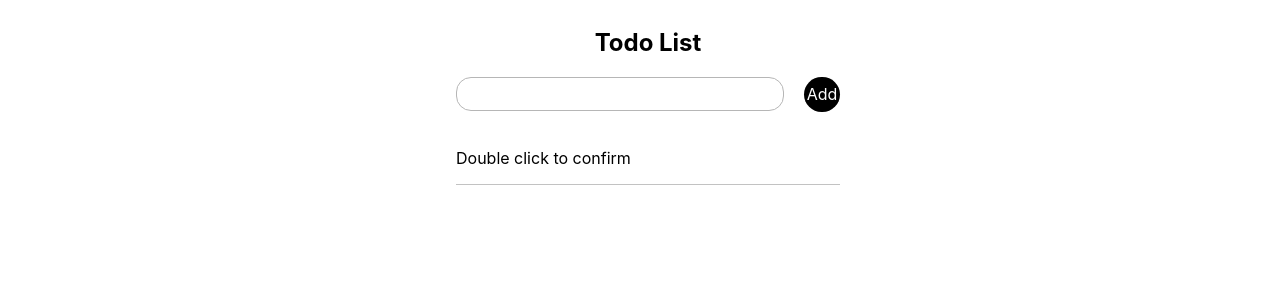
Repository: irenewuu/comp4130_checklist
Page: index.html
An editor plug-in stored every save of this project. The page is shown before and after the next save, followed by the edit.
The browser window is 1280 px wide. The page is 1288 px wide, so the pictures cover 1288 px, including what lies to the right of the window. The pictures show the whole page.

Above is the page before, as saved 2022-01-12 15:29:06.

### index.html
<!DOCTYPE html>
<html lang="en">
  <head>
    <meta charset="UTF-8">
    <meta name="viewport" content="width=device-width, initial-scale=1.0">
    <link rel="stylesheet" href="style.css">
    <script src="index.js"></script>
    <title>Comp4130_Checklist</title>
  </head>
  <body>
    <div class="main">
      <!-- title area -->
      <div class="title">
      <h2>Todo List</h2>
      </div>
      <!-- input area -->
      <form class="input">
        <input type="text" class="text" id="myInput" onkeyup="13" >
        <span class="btn" onclick="newElement()">Add</span>
      </form>
      <!-- homework checklist -->
      <div class="sortbox">
        <!-- <h4>Sort</h4>
        <img src="image/Iconly/Bold/sort.svg"> -->
        <p>Double click to confirm</p>
      </div>
      <ul id="NewList">

      </ul>
    </div>
  </body>
</html>

### style.css
body {
  width: 100%;
  height: 100%;
  display: flex;
  flex-direction: column;
  justify-content: center;
  align-items: center;
}

.main {
  width: 50%;
  height: 50%;
  display: flex;
  flex-direction: column;
  justify-content: center;
  align-items: center;
  font-family: -apple-system, BlinkMacSystemFont, "Segoe UI", Roboto;
}
form > span {
  width: 60%;
  display: flex;
  justify-content: center;
  background: #000000;
  color: #fff;
  justify-content: center;
  align-items: center;
}
.input {
  width: 60%;
  display: flex;
  justify-content: center;
}
.text {
  width: 90%;
  height: 30px;
  border-radius: 15px;
  border: 1px solid rgb(182, 182, 182);
}
.btn {
  width: 10%;
  height: 35px;
  border-radius: 20px;
  margin-left: 20px;
}
.sortbox {
  width: 60%;
  display: flex;
  flex-direction: row;
  border-bottom: 1px solid #c2c2c2;
  margin-top: 20px;
}
.sortbox > img {
  margin: 10px;
}
ul {
  width: 60%;
  justify-content: center;
  margin: 0;
  padding: 0;
}
/* Style the list items */
ul li {
  cursor: pointer;
  position: relative;
  padding: 12px 8px 12px 40px;
  list-style-type: none;
  border-bottom: 1px solid #c2c2c2;
  font-size: 18px;
  transition: 0.2s;

  /* make the list items unselectable */
  -webkit-user-select: none;
  -moz-user-select: none;
  -ms-user-select: none;
  user-select: none;
}

ul li span {
  position: relative;
  right: 10px;
}

/* hover */
ul li:hover {
  background: #ddd;
}

/* When clicked on, add a background color and strike out text */
ul li.checked {
  background: #888;
  color: #fff;
  text-decoration: line-through;
}
/* Add a "checked" mark when clicked on */
ul li.checked::before {
  content: "";
  position: absolute;
  border-color: #fff;
  border-style: solid;
  border-width: 0 2px 2px 0;
  top: 10px;
  left: 16px;
  transform: rotate(45deg);
  height: 15px;
  width: 7px;
}
/* Style the close button */
.close {
  position: absolute;
  right: 0;
  top: 0;
  padding: 12px 16px 12px 16px;
}

.close:hover {
  background-color: #f72585;
}

@media only screen and (max-width: 600px) {
  .input {
    width: 60%;
    display: flex;
    justify-content: center;
  }
  .text {
    width: 65%;
    height: 20px;
  }
  .btn {
    width: 30%;
    height: 26px;
  }
}

### index.js
let data = [];

// // Create a "close" button and append it to each list item
var listItem = document.getElementsByTagName("li");

// Create a new list item when clicking on the "Add" button
function newElement() {
  console.log(data)
  var li = document.createElement("li");
  // li.className = "unchecked";
  var inputValue = document.getElementById("myInput").value;

  //putting input value in list
  var spanText = document.createTextNode(inputValue);
  var span = document.createElement("span");
  span.appendChild(spanText);
  li.appendChild(span);


  // delete img
  var bin = document.createElement("img");
  bin.src = "image/iconly/bold/delete.svg";
  bin.className = "close";
  li.appendChild(bin);

  if (inputValue === '') {
    alert("You must write something!");
    data.push()
  } else {
    document.getElementById("NewList").appendChild(li);
  }

  document.getElementById("myInput").value = "";

  // Click on a close button to hide the current list item
  // push object in array
  data.push({ value: inputValue })
  console.log(data)

  // Add a "checked" symbol when clicking on a list item
  // var list = document.querySelector('ul');
  // list.addEventListener('click', function(ev) {
  //   if (ev.target.tagName === 'LI') {
  //     // ev.target.tagName.className = "checked";
  //     ev.target.classList.toggle('checked');
  //   }
  // }, false);

  var close = document.getElementsByClassName("close");

    for (var i = 0; i < close.length; i++) {
      close[i].onclick = function () {

        data.splice(data[i], 1);
        console.log(data)

        // delete the item onclick
        var div = this.parentElement;
        div.remove(0,-1);
      }
    }


    for (var i = 0; i < listItem.length; i++) {
      listItem[i].onclick = function () {
       // Add a "checked" symbol when clicking on a list item
        var list = document.querySelector('ul');
        list.addEventListener('click', function(ev) {
        if (ev.target.tagName === 'LI') {
          ev.target.classList.toggle('checked');

        }

  }, false);
      }
    }
}

After the next save:
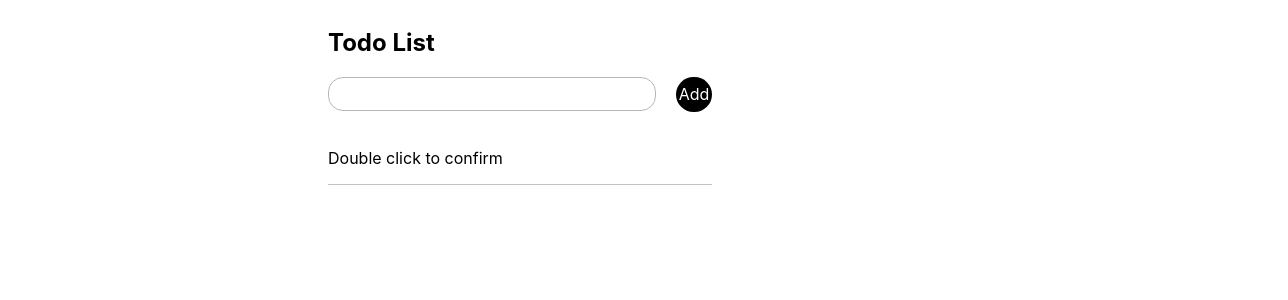
Saved 13 s later.
--- a/style.css
+++ b/style.css
@@ -12,8 +12,6 @@
   height: 50%;
   display: flex;
   flex-direction: column;
-  justify-content: center;
-  align-items: center;
   font-family: -apple-system, BlinkMacSystemFont, "Segoe UI", Roboto;
 }
 form > span {

After the save that followed:
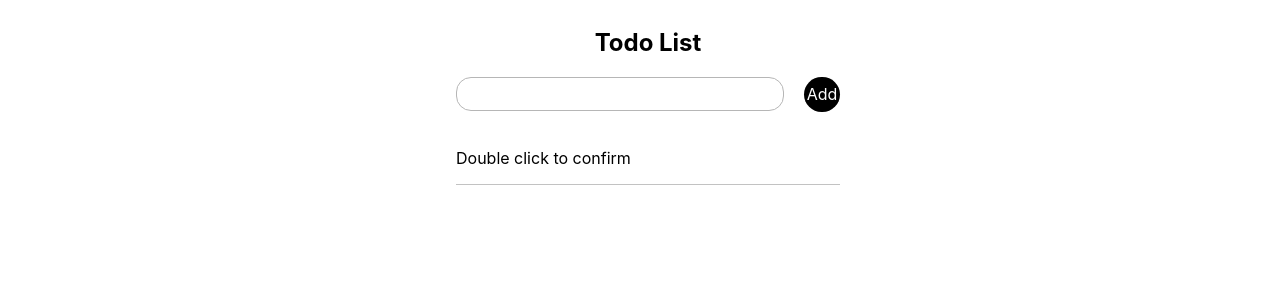
Saved 6 s later.
--- a/style.css
+++ b/style.css
@@ -12,6 +12,8 @@
   height: 50%;
   display: flex;
   flex-direction: column;
+  justify-content: center;
+  align-items: center;
   font-family: -apple-system, BlinkMacSystemFont, "Segoe UI", Roboto;
 }
 form > span {
